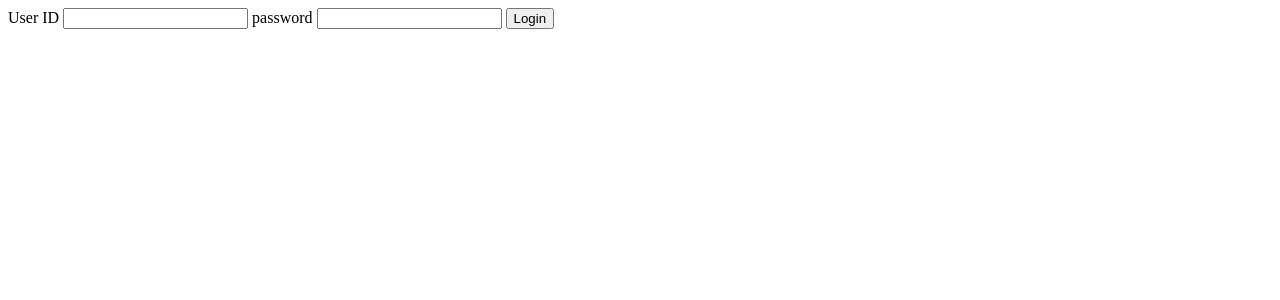
Repository: sowmini-nats/git-spring-project
Page: http://localhost/ExchangeCurrencySystem/loginPage.jsp
An editor plug-in stored every save of this project. The page is shown before and after the next save, followed by the edit.
The browser window is 1280 px wide. The pictures show the whole page.
The page is served by Tomcat 10.

Above is the page before, as saved 2023-10-28 08:35:26.

After the next save:
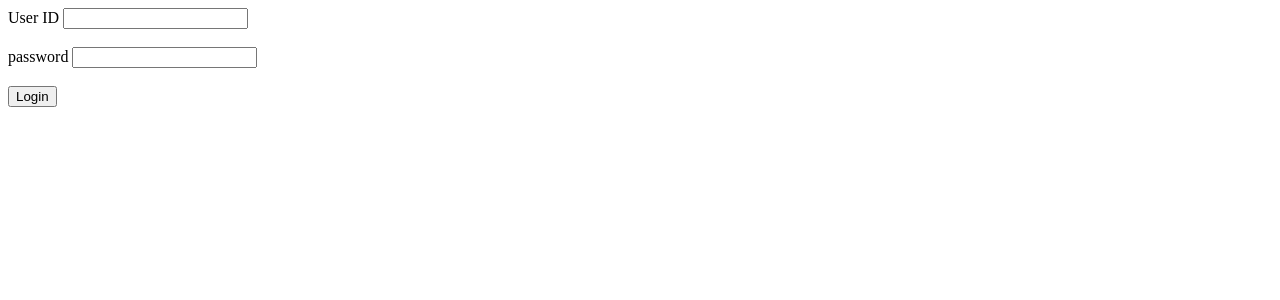
Saved 4 min 13 s later.
--- a/eclipse-workspace-jspassessment/ExchangeCurrencySystem/src/main/webapp/loginPage.jsp
+++ b/eclipse-workspace-jspassessment/ExchangeCurrencySystem/src/main/webapp/loginPage.jsp
@@ -9,8 +9,8 @@
 <body>
 
 <form action="/login" method="post">
-	User ID <input type="number" name="userId"/>
-	password <input type="password" name="password"/>
+	User ID <input type="number" name="userId"/><br/><br/>
+	password <input type="password" name="password"/><br/><br/>
 	<input type="submit" value="Login"/>
 </form>
 </body>
